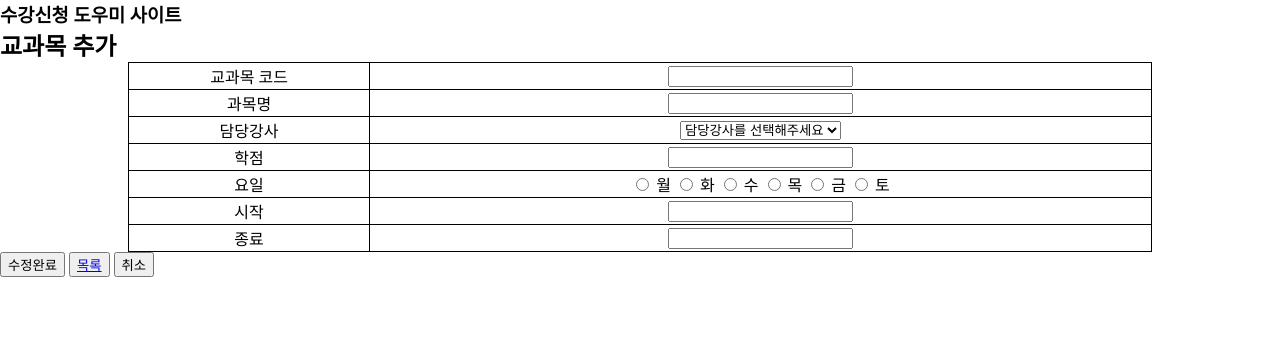
Repository: Tor1a/SpringSet
Page: http://localhost/practice02/WEB-INF/views/course/update.jsp
These files come from the project's save history. The page is drawn as it stood at one moment and after the next save; the edit follows.
The browser window is 1280 px wide. The pictures show the whole page.
The page is served by Tomcat 9. Nobody is signed in. The template is opened directly, without the code that normally fills it, so the values that code supplies are empty.

Above is the page before, as saved 2022-04-15 06:00:56.

After the next save:
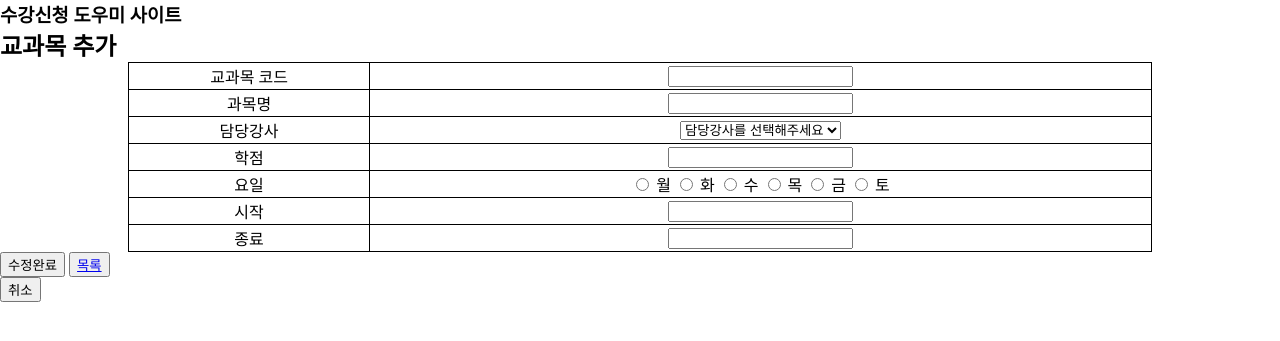
Saved 36 s later.
--- a/practice02/src/main/webapp/WEB-INF/views/course/update.jsp
+++ b/practice02/src/main/webapp/WEB-INF/views/course/update.jsp
@@ -80,7 +80,7 @@
 		<button onclick="home()">
 			<a href="/controller">목록</a>
 		</button>
-		<button type="button" onclick="history.go(-1);">취소</button>
 	</form>
+		<button onclick="history.go(-1);">취소</button>
 </body>
 </html>

After the save that followed:
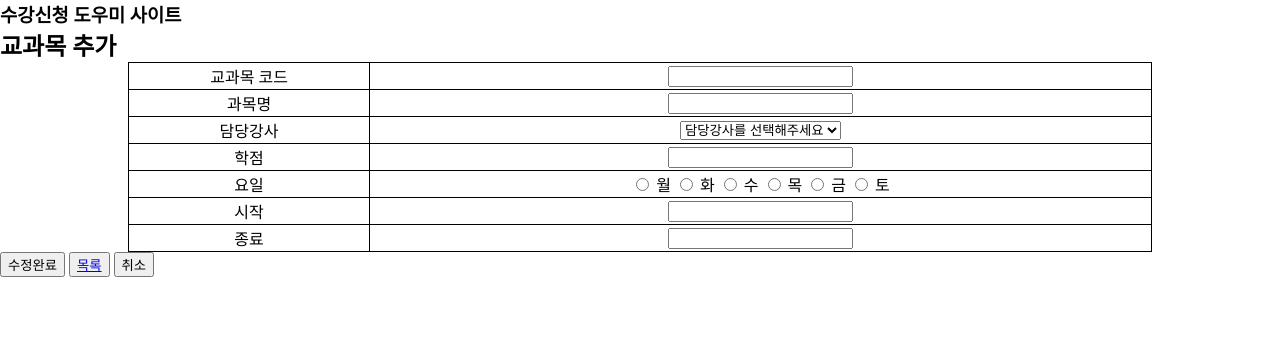
Saved 16 s later.
--- a/practice02/src/main/webapp/WEB-INF/views/course/update.jsp
+++ b/practice02/src/main/webapp/WEB-INF/views/course/update.jsp
@@ -80,7 +80,7 @@
 		<button onclick="home()">
 			<a href="/controller">목록</a>
 		</button>
+		<button type="button" onclick="history.go(-1);">취소</button>
 	</form>
-		<button onclick="history.go(-1);">취소</button>
 </body>
 </html>
